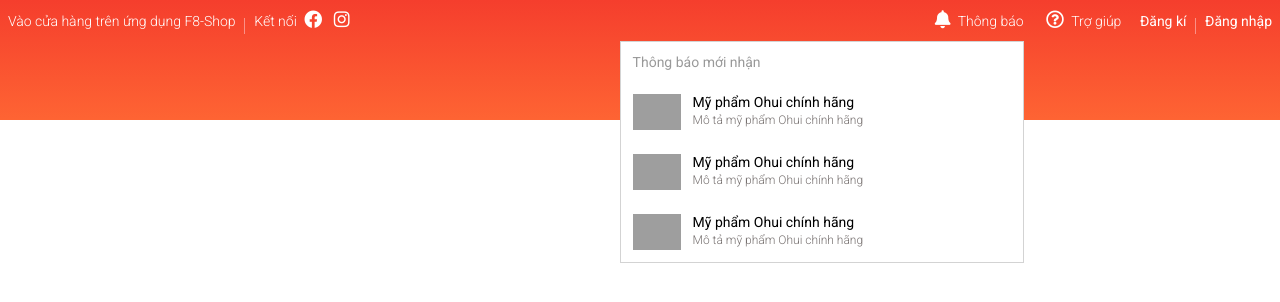
Repository: phunobi1807/shopee
Page: index.html
An editor plug-in stored every save of this project. The page is shown before and after the next save, followed by the edit.
The browser window is 1280 px wide. The pictures show the whole page.
Pictures or frames that could not be fetched are drawn as grey boxes.

Above is the page before, as saved 2021-06-13 12:17:32.

### index.html
<!DOCTYPE html>
<html lang="en">

<head>
    <meta charset="UTF-8">
    <meta http-equiv="X-UA-Compatible" content="IE=edge">
    <meta name="viewport" content="width=device-width, initial-scale=1.0">
    <title>Document</title>
    <link rel="stylesheet" href="https://cdnjs.cloudflare.com/ajax/libs/normalize/8.0.1/normalize.min.css">
    <link rel="stylesheet" href="./assets/css/base.css">
    <link rel="stylesheet" href="./assets/css/main.css">
    <link rel="stylesheet"
        href="./assets/fonts/fontawesome-free-5.15.3-web/fontawesome-free-5.15.3-web/css/all.min.css">
    <link rel="preconnect" href="https://fonts.gstatic.com">
    <link href="https://fonts.googleapis.com/css2?family=Roboto:wght@300;400;500&display=swap" rel="stylesheet">
</head>

<body>
    <div class="app">
        <header class="header">
            <div class="grid">
                <nav class="header__navbar">
                    <ul class="header__navbar-list">
                        <li class="header__navbar-item header__navbar-item--has-qr header__navbar-item--separate">
                            Vào cửa hàng trên ứng dụng F8-Shop
                            <div class="header__qr">
                                <img src="./assets/img/QR_code.png" alt="QR code" class="header__qr-img">
                                <div class="header__qr-apps">
                                    <a href="" class="header__qr-link">
                                        <img src="./assets/img/app_store.png" alt="Google Play"
                                            class="header__qr-download-img">
                                    </a>
                                    <a href="" class="header__qr-link">
                                        <img src="./assets/img/gg_play.png" alt="App Store"
                                            class="header__qr-download-img">
                                    </a>
                                </div>
                            </div>
                        </li>
                        <li class="header__navbar-item">
                            <span class="header__navbar-title--no-pointer">Kết nối</span>
                            <a href="" class="header__navbar-icon-link">
                                <i class="header__navbar-icon fab fa-facebook"></i>
                            </a>
                            <a href="" class="header__navbar-icon-link">
                                <i class="header__navbar-icon fab fa-instagram"></i>
                            </a>
                        </li>
                    </ul>
                    <ul class="header__navbar-list">
                        <li class="header__navbar-item">
                            <a href="" class="header__navbar-item-link">
                                <i class="header__navbar-icon fas fa-bell"></i>
                                Thông báo
                            </a>
                            <div class="header__notify">
                                <header class="header__notify-header">
                                    <h3>Thông báo mới nhận</h3>
                                </header>
                                <ul class="header__notify-list">
                                    <li class="header__notify-item  background-color: rgba(238, 77, 45, 0.08);">
                                        <a href="" class="header__notify-link">
                                            <img src="https://cf.shopee.vn/file/5fbf9049e4439e01d27d8f14388c46f8_tn" alt="" class="header__notify-img">
                                            <div class="header__notify-info">
                                                <span class="header__notify-name">Mỹ phẩm Ohui chính hãng</span>
                                                <span class="header__notify-description">Mô tả mỹ phẩm Ohui chính
                                                    hãng</span>
                                            </div>
                                        </a>
                                    </li>
                                    <li class="header__notify-item">
                                        <a href="" class="header__notify-link">
                                            <img src="https://cf.shopee.vn/file/5fbf9049e4439e01d27d8f14388c46f8_tn" alt="" class="header__notify-img">
                                            <div class="header__notify-info">
                                                <span class="header__notify-name">Mỹ phẩm Ohui chính hãng</span>
                                                <span class="header__notify-description">Mô tả mỹ phẩm Ohui chính
                                                    hãng</span>
                                            </div>
                                        </a>
                                    </li>
                                    <li class="header__notify-item ">
                                        <a href="" class="header__notify-link">
                                            <img src="https://cf.shopee.vn/file/5fbf9049e4439e01d27d8f14388c46f8_tn" alt="" class="header__notify-img">
                                            <div class="header__notify-info">
                                                <span class="header__notify-name">Mỹ phẩm Ohui chính hãng</span>
                                                <span class="header__notify-description">Mô tả mỹ phẩm Ohui chính
                                                    hãng</span>
                                            </div>
                                        </a>
                                    </li>
                                </ul>
                            </div>
                        </li>
                        <li class="header__navbar-item">
                            <a href="" class="header__navbar-item-link">
                                <i class="header__navbar-icon far fa-question-circle"></i>
                                Trợ giúp
                            </a>
                        </li>
                        <li class="header__navbar-item header__navbar-item--strong header__navbar-item--separate">Đăng
                            kí</li>
                        <li class="header__navbar-item header__navbar-item--strong">Đăng nhập</li>
                    </ul>
                </nav>
            </div>
        </header>
        <div class="container">

        </div>
        <footer class="footer">

        </footer>
    </div>
</body>

</html>

### assets/css/base.css
:root
{
    --primary-color:#ee4d2d;
    --white-color: #fff;
    --black-color: #000;
    --text-color: #333;
}

*
{
    box-sizing: inherit;
}

html
{
    /* 10px */
    font-size: 62.5%;
    line-height: 1.6rem;
    font-family: 'Roboto', sans-serif;
    box-sizing: border-box;
}

.grid
{
    width: 1850px;
    max-width: 100%;
    margin: 0 auto;
}

.grid__full-width
{
    width: 100%;
}

.grid__row
{
    display: flex;
    flex-wrap: wrap;
}
/* Animation */
@keyframes fadeIn
{
    from
    {
        opacity: 0;
    }
    to
    {
        opacity: 1;
    }
}

### assets/css/main.css
.header
{
    height: 120px;
    background-image: linear-gradient(0, #fe6433, #f53e2d);
}
.header__navbar
{
    display: flex;
    justify-content: space-between;
}
.header__navbar-list
{
    list-style: none;
    padding-left: 0;
}
.header__navbar-item
{
    position: relative;
    margin: 0px 8px;
    min-height: 26px;
}
.header__navbar-item--has-qr:hover .header__qr
{
    display: block;
}
.header__navbar-item,
.header__navbar-item-link
{
    display: inline-block;
    font-size: 1.4rem;
    color: var(--white-color);
    text-decoration: none;
    font-weight: 300;
}
.header__navbar-item:hover,
.header__navbar-icon-link:hover,
.header__navbar-item-link:hover
{
    color: rgba(255, 255, 255, 0.7);
    cursor: pointer;
}
.header__navbar-item--strong
{
    font-weight: 400;
}
.header__navbar-item--separate::after
{
    content: "";
    display: block;
    position: absolute;
    border-left: 1px solid #FB9086;
    height: 16px;
    right: -9px;
    top: 50%;
    transform: translateY(-50%);
}

.header__navbar-icon-link
{
    color: var(--white-color);
    text-decoration: none;
}
.header__navbar-icon
{
    font-size: 1.8rem;
    margin: 0px 4px;

}
.header__navbar-title--no-pointer
{
    cursor: text;
    color: var(--white-color);
}
/* Header QR code  */
.header__qr
{
    background-color: var(--white-color);
    width: 186px;
    position: absolute;
    left: 0;
    top: 118%;
    padding: 8px;
    border-radius: 2px;
    display: none;
    animation:  fadeIn ease-in 0.3s;

}
.header__qr::before
{
    position: absolute;
    left: 0;
    top: -16px;
    width: 100%;
    height: 20px;
    content: "";
    display: block;

}
.header__qr-img
{
width: 100%;
}
.header__qr-apps
{
    display: flex;
    justify-content: space-between;
}
.header__qr-link:nth-child(1)
{
    margin-left: 11px;
}
.header__qr-link:nth-child(2)
{
    margin-right: 11px;
}
.header__qr-download-img
{
    height: 15px;
}

/* Header notification  */
.header__notify
{
    position: absolute;
    top: 118%;
    right: 0;
    width: 404px;
    border: 1px solid #D3D3D3;
    background-color: var(--white-color);
}
.header__notify-header
{
    height: 40px;
    background-color: var(--white-color);
}
.header__notify-header h3
{
    color: #999;
    margin: 0 0 0 12px;
    font-weight: 400;
    font-size: 1.4rem;
    line-height: 40px;
}
.header__notify-list
{
    padding-left: 0;
}
.header__notify-item
{
   display: flex;
}
.header__notify-item-viewed
{
    background-color: rgba(238, 77, 45, 0.08);
}
.header__notify-link
{
    display: flex;
    width: 100%;
    padding: 12px;
    text-decoration: none;

}
.header__notify-img
{
    width: 48px;
    object-fit: contain;
}
.header__notify-info
{
    margin-left: 12px;
}

.header__notify-name
{
    display: block;
    font-size: 1.4rem;
    color: var(--black-color);
    font-weight: 400;
}
.header__notify-description
{
display: block;
font-size: 1.2rem;
line-height: 2rem;
color: #756F6E;
}

Loaded but not shown: assets/fonts/fontawesome-free-5.15.3-web/fontawesome-free-5.15.3-web/css/all.min.css (library)

After the next save:
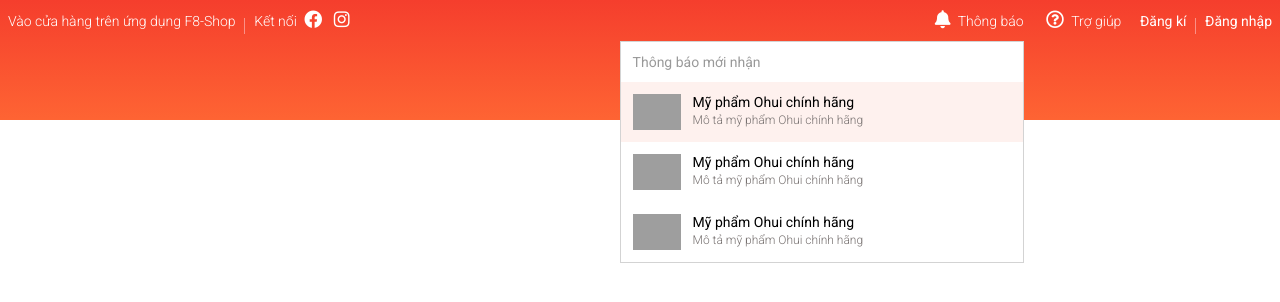
Saved 27 s later.
--- a/index.html
+++ b/index.html
@@ -58,7 +58,7 @@
                                     <h3>Thông báo mới nhận</h3>
                                 </header>
                                 <ul class="header__notify-list">
-                                    <li class="header__notify-item  background-color: rgba(238, 77, 45, 0.08);">
+                                    <li class="header__notify-item header__notify-item-viewed">
                                         <a href="" class="header__notify-link">
                                             <img src="https://cf.shopee.vn/file/5fbf9049e4439e01d27d8f14388c46f8_tn" alt="" class="header__notify-img">
                                             <div class="header__notify-info">
